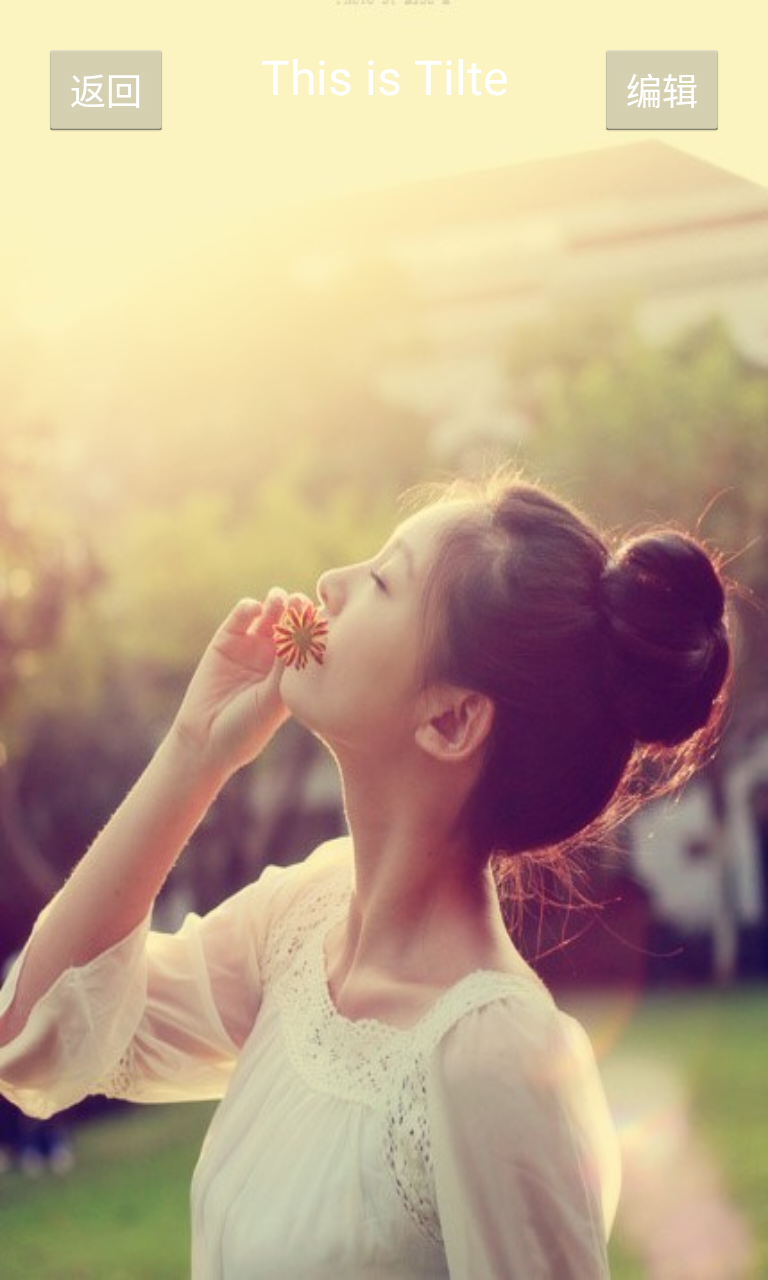
Repository: jinpp/Android
Layout: UICustomViews/res/layout/title.xml
The author's editor kept a copy of each file at every save. The layout is drawn from the files as they stood at one save, then again after the next save.
It is drawn on a 768 x 1280 px phone screen (xhdpi) without system bars, with theme AppTheme; the app's code is not run.

Above is the layout before, as saved 2016-11-17 05:25:55.

After the next save:
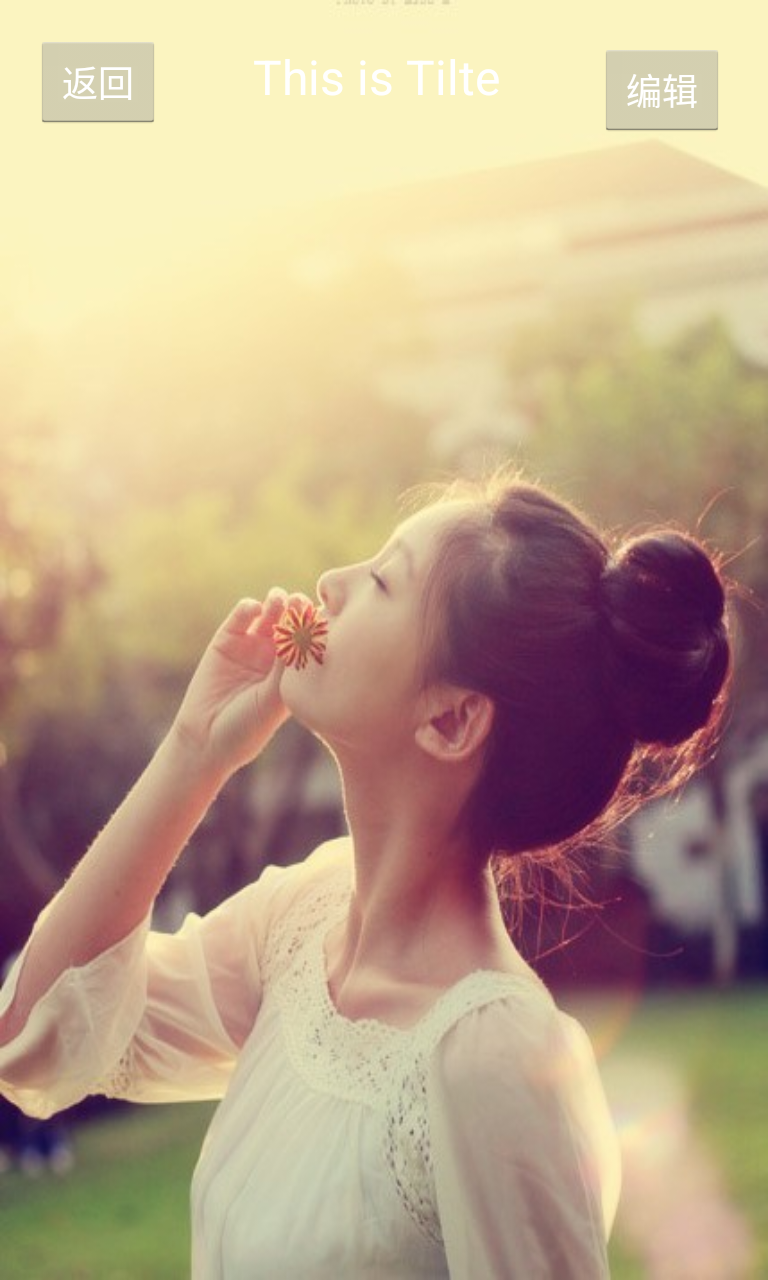
Saved 11 s later.
--- a/UICustomViews/res/layout/title.xml
+++ b/UICustomViews/res/layout/title.xml
@@ -13,7 +13,7 @@
         android:id="@+id/rbutton"
         android:layout_width="wrap_content"
         android:layout_height="wrap_content"
-        android:layout_margin="5dip"
+        android:layout_margin="1dip"
         android:textColor="#fff"
         android:text="返回" />
 
